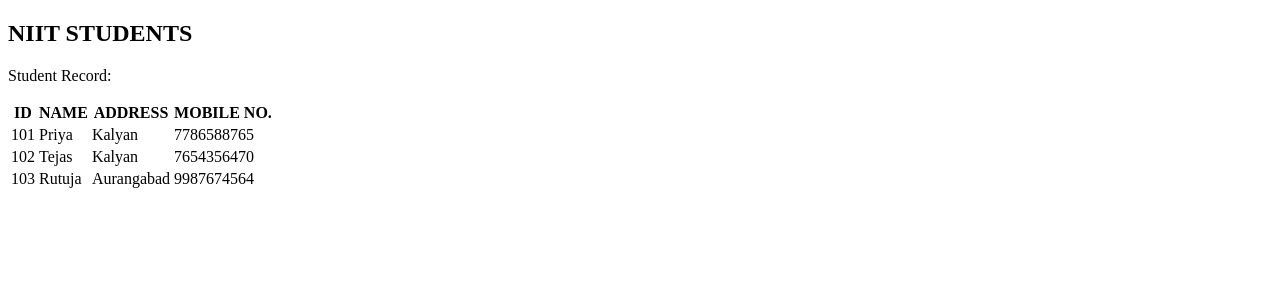
Repository: priyankateli27/priyanka
Page: http://localhost/SirAssignment/Entry_Table.jsp
An editor plug-in stored every save of this project. The page is shown before and after the next save, followed by the edit.
The browser window is 1280 px wide. The pictures show the whole page.
The page is served by Tomcat 9.

Above is the page before, as saved 2016-07-14 12:39:54.

After the next save:
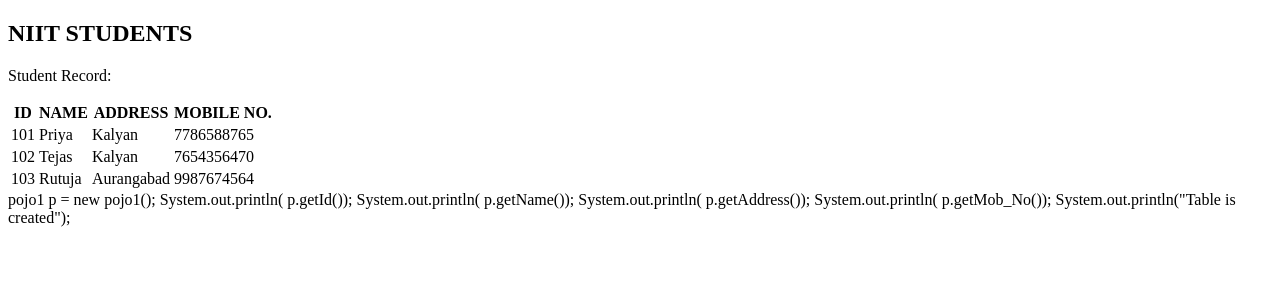
Saved 2 min 7 s later.
--- a/SirAssignment/src/main/webapp/Entry_Table.jsp
+++ b/SirAssignment/src/main/webapp/Entry_Table.jsp
@@ -42,5 +42,16 @@
   </table>
 </div>
 
+
+pojo1 p = new pojo1();
+
+		System.out.println(  p.getId());
+		System.out.println(  p.getName());
+		System.out.println(  p.getAddress());
+		System.out.println(  p.getMob_No());
+		System.out.println("Table is created");
+
+
+
 </body>
 </html>
